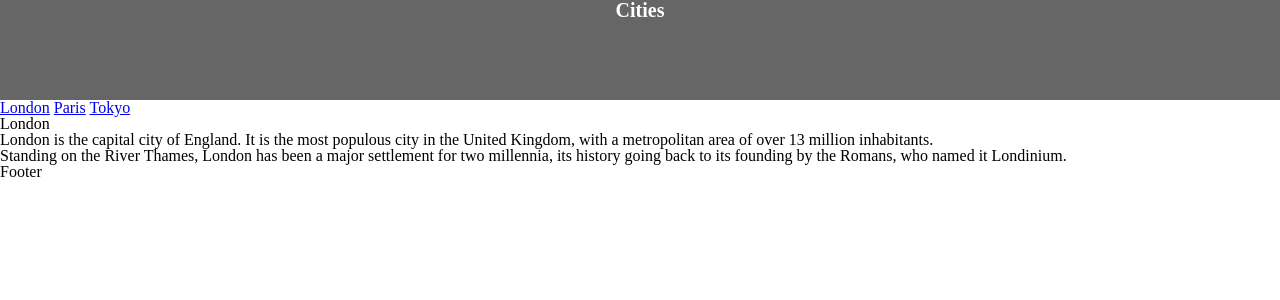
Repository: Tan-Khang21/TH_TKW--Buoi_06
Page: Bai_Tap_Tren_lop/Bai_01/LayoutCSS1.html
These files come from the project's save history. The page is drawn as it stood at one moment and after the next save; the edit follows.
The browser window is 1280 px wide. The pictures show the whole page.

Above is the page before, as saved 2024-03-11 19:43:58.

### Bai_Tap_Tren_lop/Bai_01/LayoutCSS1.html
<!DOCTYPE html>
<html lang="en">
  <head>
    <meta charset="UTF-8" />
    <meta name="viewport" content="width=device-width, initial-scale=1.0" />
    <title>Document</title>
    <link rel="stylesheet" href="style.css" />
    <link rel="stylesheet" href="reset.css" />
  </head>
  <body>
    <div class="title">Cities</div>
    <nav class="navigation">
      <a href="#">London</a>
      <a href="#">Paris</a>
      <a href="#">Tokyo</a>
    </nav>
    <div class="Article">
      <h5>London</h5>
      <p>
        London is the capital city of England. It is the most populous city in
        the United Kingdom, with a metropolitan area of over 13 million
        inhabitants.
      </p>
      <p>
        Standing on the River Thames, London has been a major settlement for two
        millennia, its history going back to its founding by the Romans, who
        named it Londinium.
      </p>
    </div>
    <footer>Footer</footer>
  </body>
</html>

### Bai_Tap_Tren_lop/Bai_01/style.css
body {
  width: 100%;
}
.title {
  height: 100px;
  background-color: #666666;
  text-align: center;
  color: white;
  font-size: 20px;
  font-weight: bold;
  margin: auto;
}

Loaded but not shown: Bai_Tap_Tren_lop/Bai_01/reset.css (common file)

After the next save:
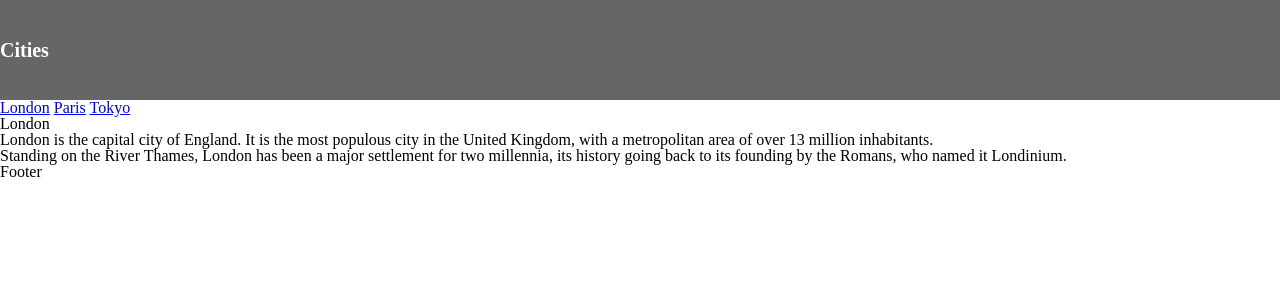
Saved 23 s later.
--- a/Bai_Tap_Tren_lop/Bai_01/style.css
+++ b/Bai_Tap_Tren_lop/Bai_01/style.css
@@ -4,9 +4,9 @@ body {
 .title {
   height: 100px;
   background-color: #666666;
-  text-align: center;
   color: white;
   font-size: 20px;
   font-weight: bold;
-  margin: auto;
+  display: flex;
+  align-items: center;
 }
